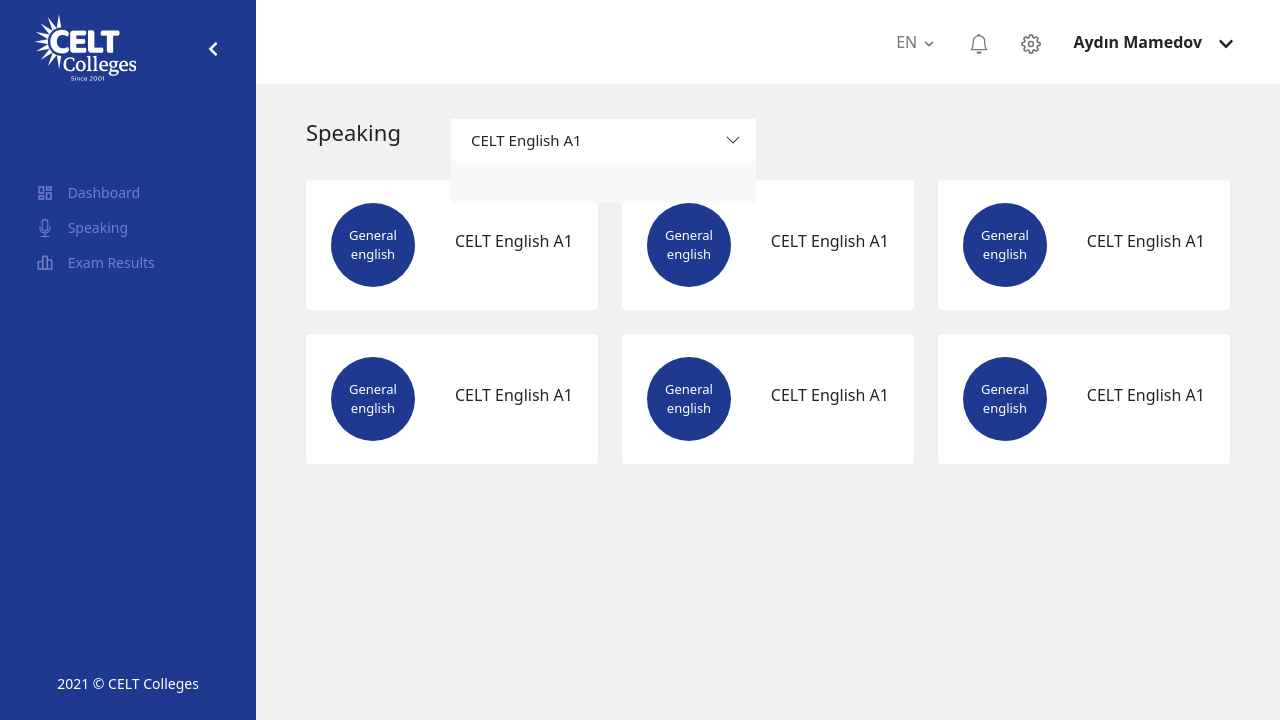
Repository: aydinws/celtapp
Page: /speaking
An editor plug-in stored every save of this project. The page is shown before and after the next save, followed by the edit.
The browser window is 1280 px wide. The pictures show the whole page.
The project was rebuilt for these pictures with package versions that can differ from the ones it lists, and the page was loaded fresh each time. Also part of the build but not shown: src/pages/Dashboard/index.js, src/pages/ExamResults/index.scss, src/components/Table/index.scss, src/components/Pagination/index.scss, src/components/Pagination/index.js, src/components/Table/index.js, src/pages/ExamResults/index.js.

Above is the page before, as saved 2021-06-10 00:23:30.

After the next save:
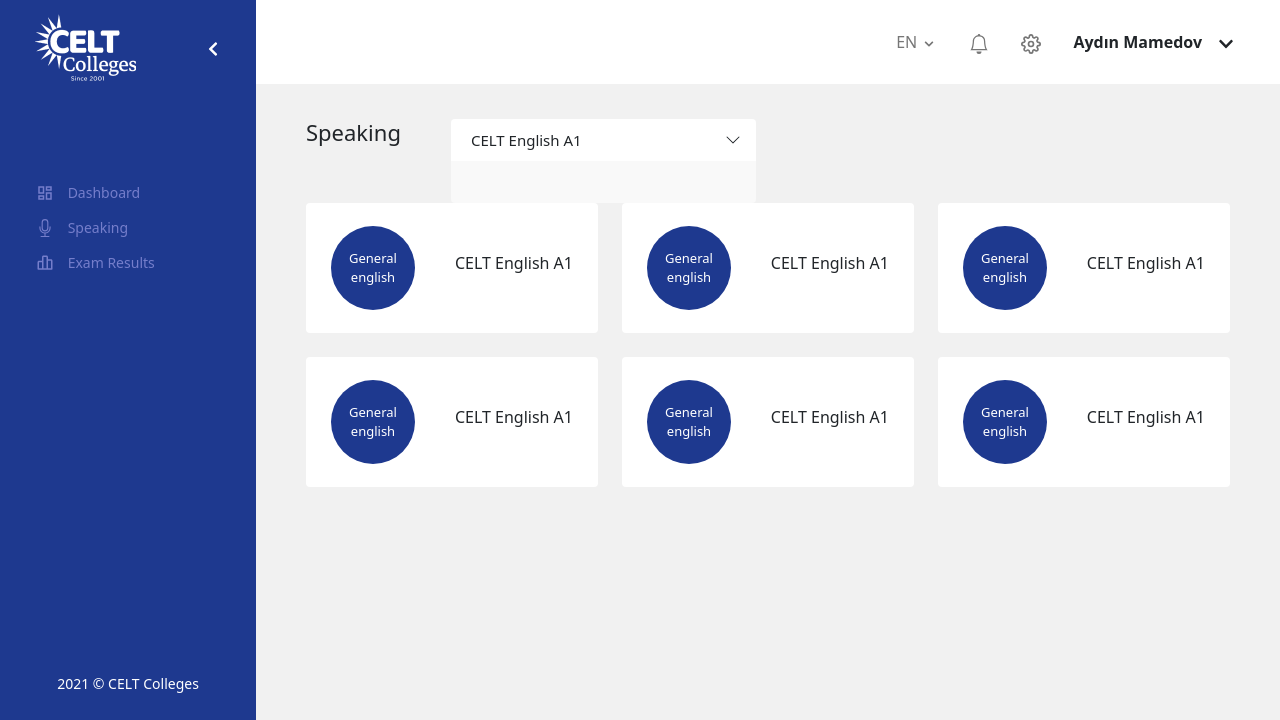
Saved 12 s later.
--- a/src/pages/Speakings/index.scss
+++ b/src/pages/Speakings/index.scss
@@ -43,10 +43,11 @@
 
 .select-option {
     width: 100%;
-    height: 42px;
+    min-height: 42px;
     border-radius: 4px;
     margin: 0 0 0 50px;
     z-index: 5;
+    overflow: hidden;
 
     .select-option-btn {
         cursor: pointer;
